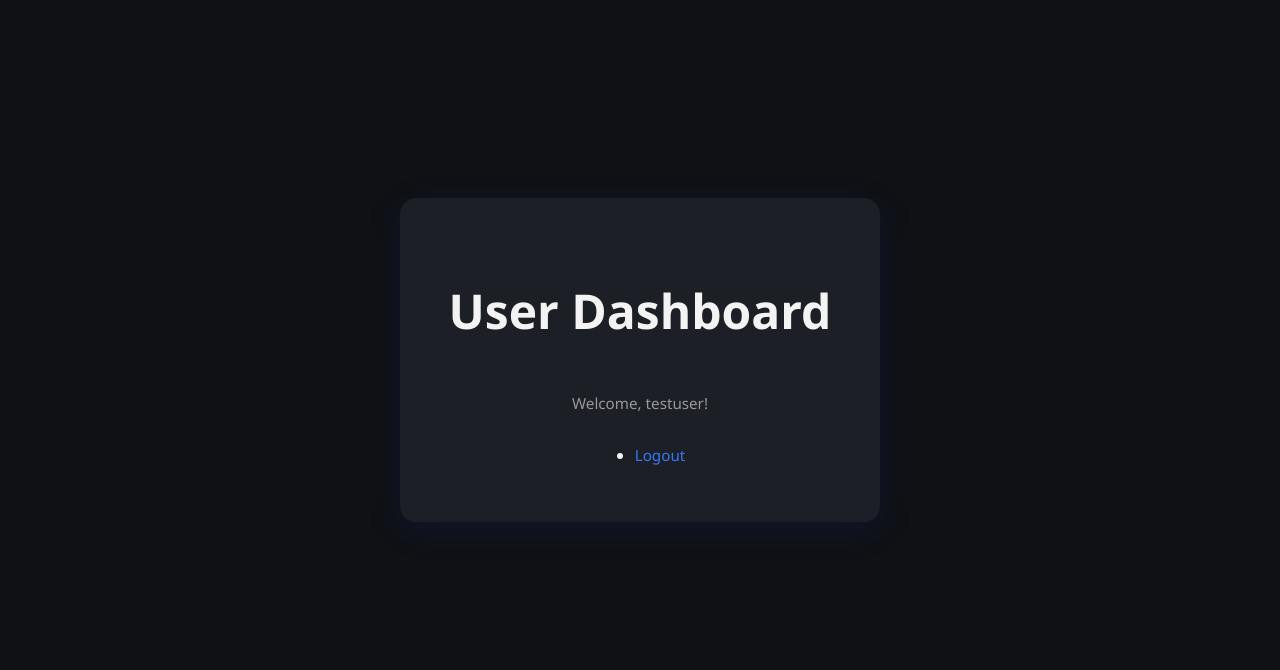
Repository: lowluds/auth-flask
Page: http://localhost/dashboard
An editor plug-in stored every save of this project. The page is shown before and after the next save, followed by the edit.
The browser window is 1280 px wide. The pictures show the whole page.
The page is served by the project's application, run on Flask 3 (login.py). The session is filled in as if someone had signed in: {"username": "testuser", "group": 1, "show_forgot": true}.

Above is the page before, as saved 2025-07-10 23:30:05.

### templates/dashboard.html
<!DOCTYPE html>
<html lang="en">
<head>
    <meta charset="UTF-8">
    <meta name="viewport" content="width=device-width, initial-scale=1.0">
    <title>Dashboard</title>
    <link rel="stylesheet" href="{{ url_for('static', filename='register.css') }}">
    <link rel="stylesheet" href="{{ url_for('static', filename='error.css') }}">
</head>
<body>
    <div class="dashboard-container">
        <h2>User Dashboard</h2>
        {% with messages = get_flashed_messages(with_categories=true) %}
          {% if messages %}
            {% for category, message in messages %}
              {% if category == 'error' %}
              <div class="input-error">{{ message }}</div>
              {% endif %}
            {% endfor %}
          {% endif %}
        {% endwith %}
        <p>Welcome, {{ session['username'] }}!</p>
        <ul>
            {% if session.get('group') == 'admin' %}
            <li><a href="/admin">Go to Admin Dashboard</a></li>
            {% endif %}
            <li><a href="/logout">Logout</a></li>
        </ul>
    </div>
</body>
</html>

### login.py
from flask import Flask, render_template, request, redirect, url_for, session, flash
from werkzeug.security import check_password_hash
from werkzeug.security import generate_password_hash
import json

app = Flask (__name__)
app.secret_key = '123abc456'  # Change this to a secure random value

@app.route('/')
def home():
    return redirect(url_for('login'))

# Login
@app.route('/login', methods=['GET', 'POST'])
def login():
    if request.method == 'POST':
        # Get form input
        username = request.form['username']
        password = request.form['password']

        # Load users from JSON
        with open('users/userDB.json', 'r') as file:
            data = json.load(file)

        # Look for user
        for user in data['users']:
            if user['username'] == username:
                # Check hashed password
                if check_password_hash(user['password'], password):
                    session['username'] = username
                    session['group'] = user['group']
                    session.pop('show_forgot', None)

                    # Redirect based on group
                    if user['group'] == 'admin':
                        return redirect(url_for('admin'))
                    else:
                        return redirect(url_for('dashboard'))

                flash("Incorrect password", "error")
                session['show_forgot'] = True
                return redirect(url_for('login'))

        flash("Username or password not found", "error")
        session.pop('show_forgot', None)
        return redirect(url_for('login'))

    show_forgot = session.pop('show_forgot', False)
    return render_template('login.html', show_forgot=show_forgot)

# Register
@app.route('/register', methods=['GET', "POST"])
def register():
    if request.method == 'POST':
        username = request.form['username']
        password = request.form['password']
        group = "user"

        # Load existing users
        with open('users/userDB.json', 'r') as file:
            data = json.load(file)

        # Check for duplicate username
        for user in data['users']:
            if user['username'] == username:
                flash("Username already exists. Please choose another.", "error")
                return redirect(url_for('register'))

        # Hash the password
        hashed_password = generate_password_hash(password)

        # Add new user to userDB.json
        data['users'].append({
            'username': username,
            'password': hashed_password,
            'group'   : group
        })

        # Save the updated user to userDB.json
        with open('users/userDB.json', "w") as file:
            json.dump(data, file, indent=4)

        flash("You are registered! Please log in.", "success")
        return redirect(url_for('login'))

    # Only runs for GET requests
    return render_template('register.html')

# Forgot Password
@app.route('/forgot')
def forgot_password():
    return render_template('forgot.html')

# Dashboard
@app.route('/dashboard')
def dashboard():
    # Check if user is logged in
    if 'username' in session:
        return render_template('dashboard.html')
    else:
        return redirect(url_for('login'))
# Admin dashboard
@app.route('/admin')
def admin():
    if 'username' in session:
        if session.get('group') == 'admin':
            return render_template('admin.html')
        else:
            return "You are logged in, but not authorized to view this page"
    else:
        return redirect(url_for('login'))

# Logout
@app.route('/logout')
def logout():
    session.pop('username', None)
    return redirect(url_for('login'))

if __name__ == '__main__':
    app.run(debug=True)

### static/register.css
/* Global dark theme */
body {
    background: #0f1115;
    font-family: 'Segoe UI', Tahoma, Geneva, Verdana, sans-serif;
    margin: 0;
    padding: 0;
    color: #f3f3f3;
    min-height: 100vh;
    display: flex;
    justify-content: center;
    align-items: center;
}

/* Shared container styles */
.login-container,
.register-container,
.dashboard-container,
.admin-dashboard-container {
    background: #1c1f26;
    max-width: 420px;
    width: 100%;
    padding: 40px 30px;
    margin: 60px auto;
    border-radius: 16px;
    box-shadow: 0 8px 32px rgba(31, 38, 135, 0.18);
    display: flex;
    flex-direction: column;
    align-items: center;
}

.input-group {
    position: relative;
    width: 100%;
    margin-bottom: 16px;
}

.input-group i {
    position: absolute;
    top: 50%;
    left: 16px;
    transform: translateY(-50%);
    color: #8a8f9c;
    font-size: 1.2rem;
    pointer-events: none;
}

.input-group input {
    padding: 14px 16px 14px 46px;
    height: 48px;
    border: none;
    border-radius: 8px;
    background-color: #2a2e39;
    color: #f3f3f3;
    font-size: 1rem;
    width: 100%;
    box-sizing: border-box;
    margin-bottom: 0;
}

.input-group input:focus {
    box-shadow: 0 0 0 2px rgba(52, 120, 246, 0.4);
}

/* Headings */
.login-container h2,
.register-container h2,
.dashboard-container h2,
.admin-dashboard-container h2 {
    color: #f3f3f3;
    margin-bottom: 34px;
    font-weight: 600;
    font-size: 3rem;
    text-align: center;
}

/* Forms */
form {
    width: 100%;
    display: flex;
    flex-direction: column;
    margin-bottom: 20px;
}

/* Labels */
label {
    margin-bottom: 6px;
    color: #ccc;
    font-size: 0.95rem;
}

/* Inputs */
input,
select {
    padding: 14px;
    margin-bottom: 16px;
    border: none;
    border-radius: 10px;
    background-color: #2a2e39;
    color: #f3f3f3;
    font-size: 1rem;
    transition: all 0.2s ease-in-out;
}

input::placeholder {
    color: #8a8f9c;
}

input:focus,
select:focus {
    outline: none;
    background-color: #2f3541;
    border: 1.5px solid #3478f6;
}

/* Buttons */
button {
    background-color: #0a58ca;
    color: #fff;
    border: none;
    border-radius: 10px;
    padding: 14px;
    font-size: 1rem;
    font-weight: 600;
    cursor: pointer;
    transition: background-color 0.3s ease;
    margin-top: 12px;
}

button:hover {
    background-color: #0846a1;
}

/* Links */
a {
    color: #3478f6;
    text-decoration: none;
    font-weight: 500;
    font-size: 0.95rem;
}

a:hover {
    color: #5a9afc;
    text-decoration: underline;
}

.login-container .login-icon {
    font-size: 84px;
    color: #0a58ca;
    margin-bottom: 0px;
}

.register-container .register-icon {
    font-size: 84px;
    color: #0a58ca;
    margin-bottom: 0px;
}

/* Paragraphs */
p {
    margin-top: 16px;
    color: #999;
    font-size: 0.95rem;
}

/* Forgot Password */
.forgot-link {
    text-align: center;
    margin-bottom: 10px;
}

/* Flash error styling */
.input-error {
    color: #ff4d4d;
    font-weight: bold;
    margin-bottom: 12px;
    text-align: center;
}

/* Responsive */
@media (max-width: 600px) {
    .login-container,
    .register-container,
    .dashboard-container,
    .admin-dashboard-container {
        width: 90%;
        padding: 24px;
    }
}

### static/error.css
/* Modern error style for login and form input errors */
.input-error {
    background: none;
    color: #ff0000;
    padding: 0;
    border-radius: 0;
    margin: 14px 0 18px 0;
    font-weight: 600;
    text-align: center;
    box-shadow: none;
    letter-spacing: 0.7px;
    font-size: 1.08rem;
    border: none;
    text-shadow: none;
    max-width: 400px;
    width: 90%;
    margin-left: auto;
    margin-right: auto;
}
@keyframes fadeOut {
  0% { opacity: 0.98; transform: translateY(0); }
  80% { opacity: 0.98; }
  100% { opacity: 0; transform: translateY(-20px); pointer-events: none; }
}

After the next save:
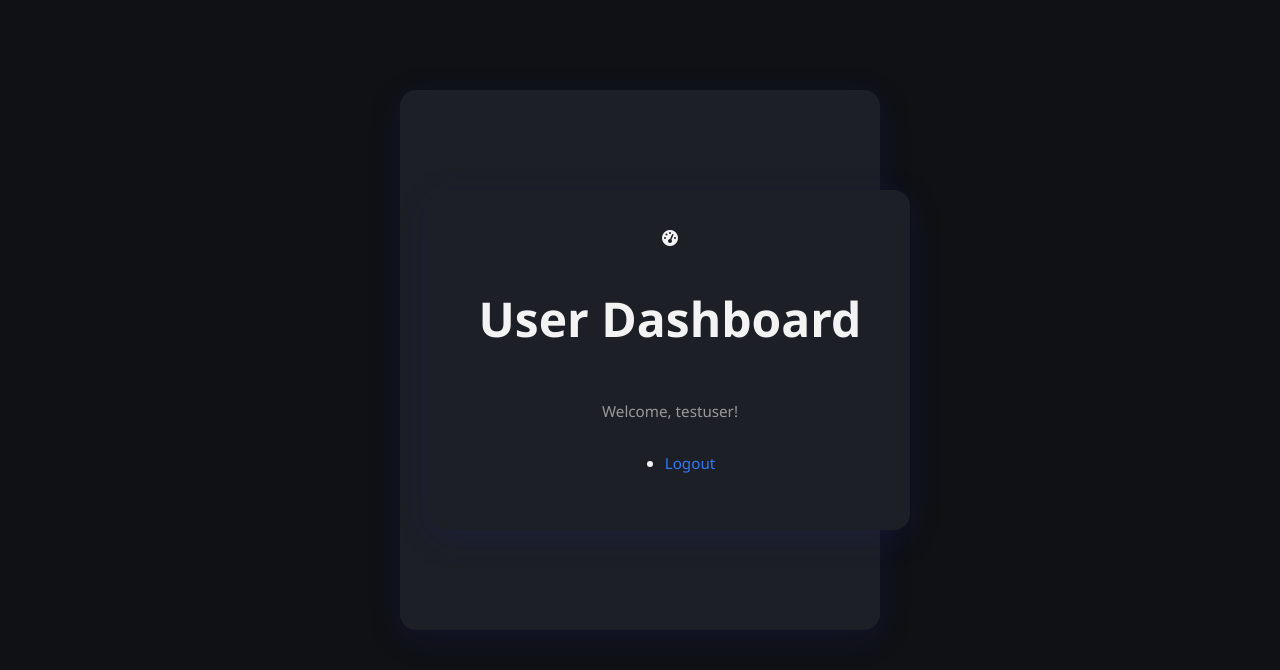
Saved 2 min 35 s later.
--- a/templates/dashboard.html
+++ b/templates/dashboard.html
@@ -6,9 +6,14 @@
     <title>Dashboard</title>
     <link rel="stylesheet" href="{{ url_for('static', filename='register.css') }}">
     <link rel="stylesheet" href="{{ url_for('static', filename='error.css') }}">
+    <link rel="stylesheet" href="https://cdnjs.cloudflare.com/ajax/libs/font-awesome/6.5.0/css/all.min.css">
 </head>
 <body>
+
     <div class="dashboard-container">
+      <div class="dashboard-container">
+      <i class="fas fa-tachometer-alt dashboard-icon"></i>
+
         <h2>User Dashboard</h2>
         {% with messages = get_flashed_messages(with_categories=true) %}
           {% if messages %}
